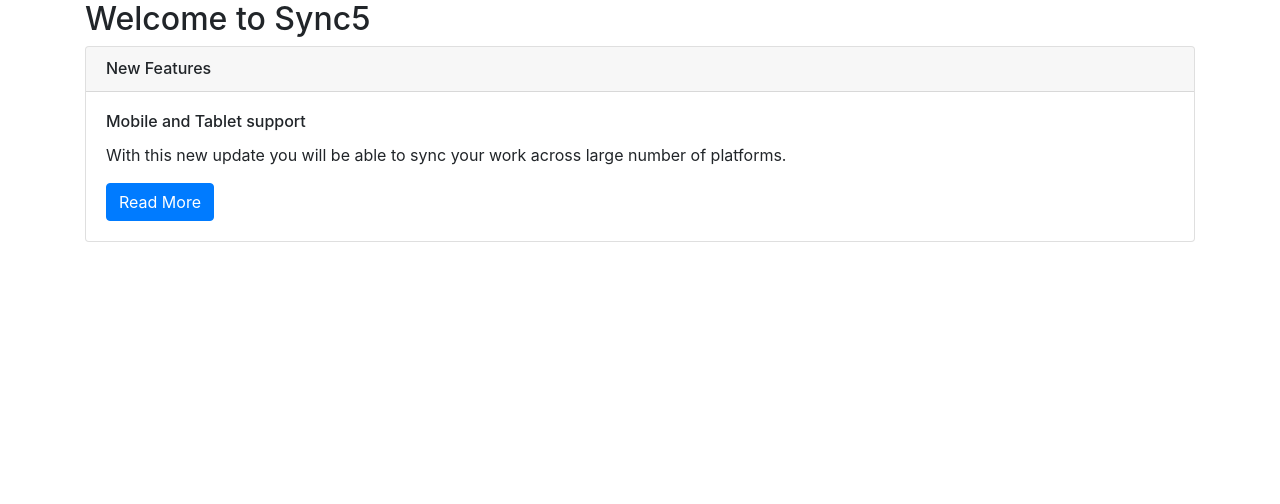
Repository: acciojob/bootstrap-card-vandanayadav15
Page: main.html
These files come from the project's save history. The page is drawn as it stood at one moment and after a run of saves; the edit follows.
The browser window is 1280 px wide. The pictures show the whole page.

Above is the page before, as saved 2022-10-28 23:25:11.

After the next 2 saves:
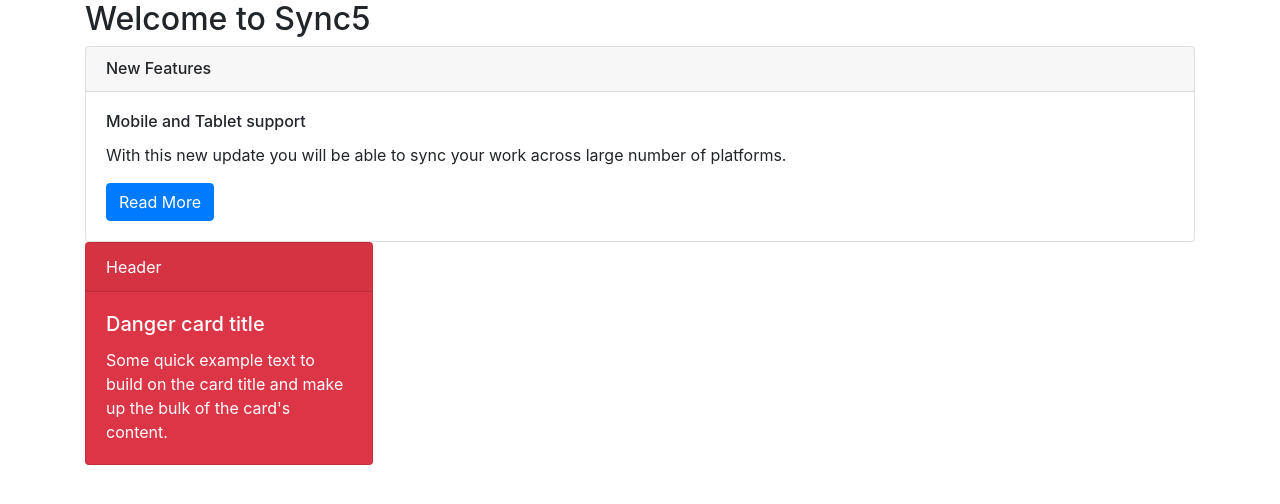
The 2 saves are shown as one change because they came seconds apart.
The last was saved 3 min 22 s later.
--- a/main.html
+++ b/main.html
@@ -23,6 +23,14 @@
 				<a href="#" class="btn btn-primary">Read More</a>
 			</div>
 		</div>
+		<div class="card text-white bg-danger mb-3" style="max-width: 18rem;">
+			<div class="card-header">Header</div>
+			<div class="card-body">
+				<h5 class="card-title">Danger card title</h5>
+				<p class="card-text">Some quick example text to build on the card title and make up the bulk of the card's
+					content.</p>
+			</div>
+		</div>
 	</div>
 
 </body>
